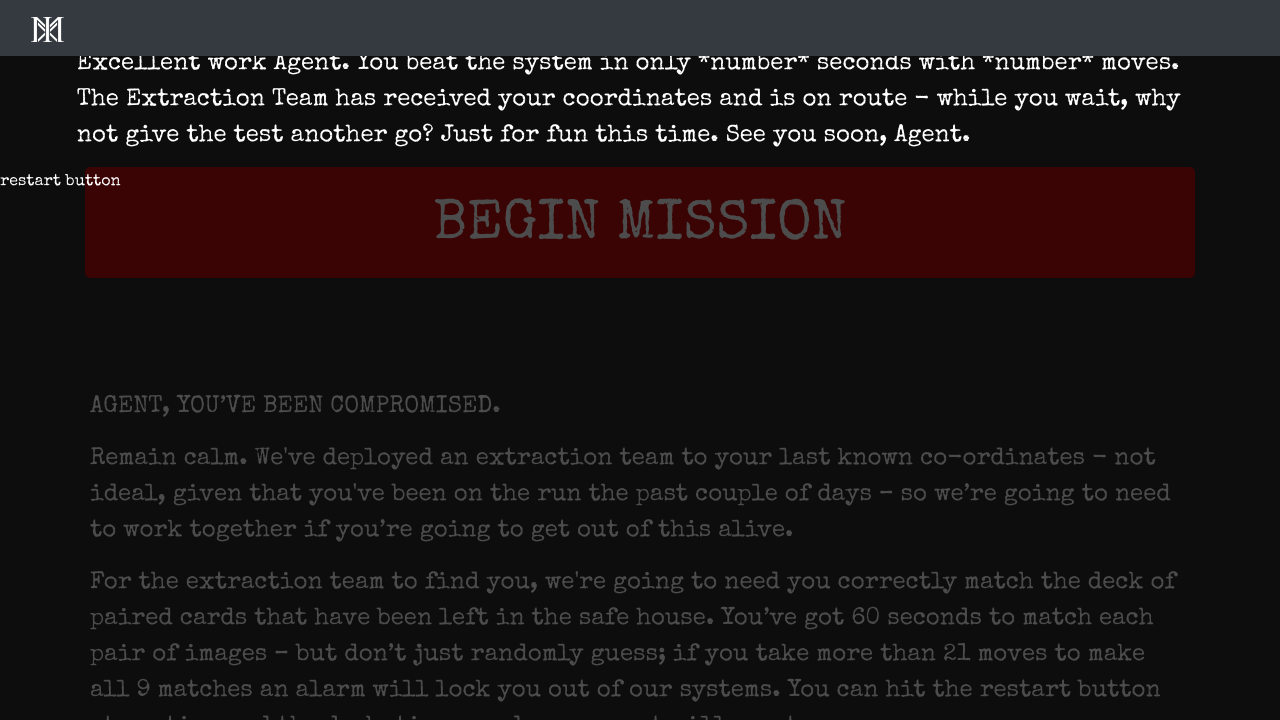
Repository: Code-Institute-Submissions/Milestone-25
Page: index.html
The author's editor kept a record of every edit. The page is drawn from the files as they stood at one moment, then again after the next edit.
The browser window is 1280 px wide. The pictures show the window.
A layer covers the whole window, so only the first screen is drawn. Some web libraries are served in a nearby version.

Above is the page before.
Console error (its wording comes from the project's code and is left out).

After the next edit:
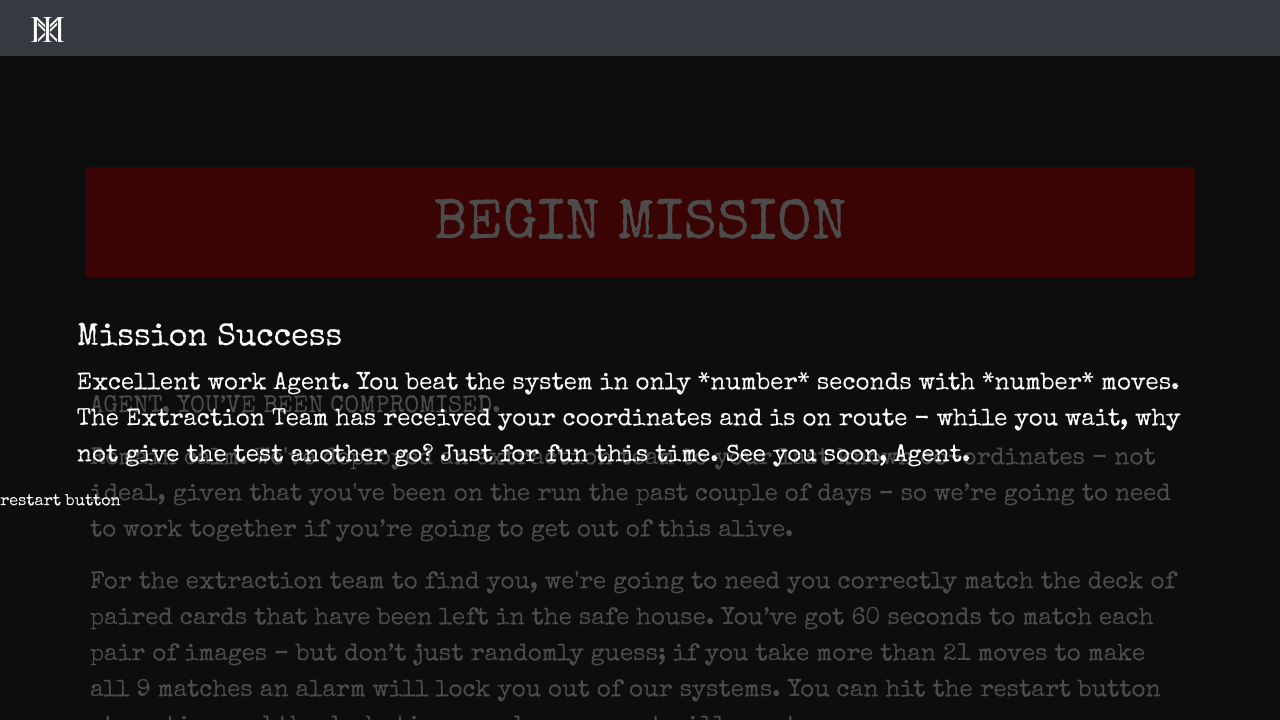
The edit:
--- a/assets/css/style.css
+++ b/assets/css/style.css
@@ -207,6 +207,7 @@
     display: inline-block;
     margin-left: 6%;
     margin-right: 6%;
+    margin-top: 25%;
 }
 
 /*.popup {*/
